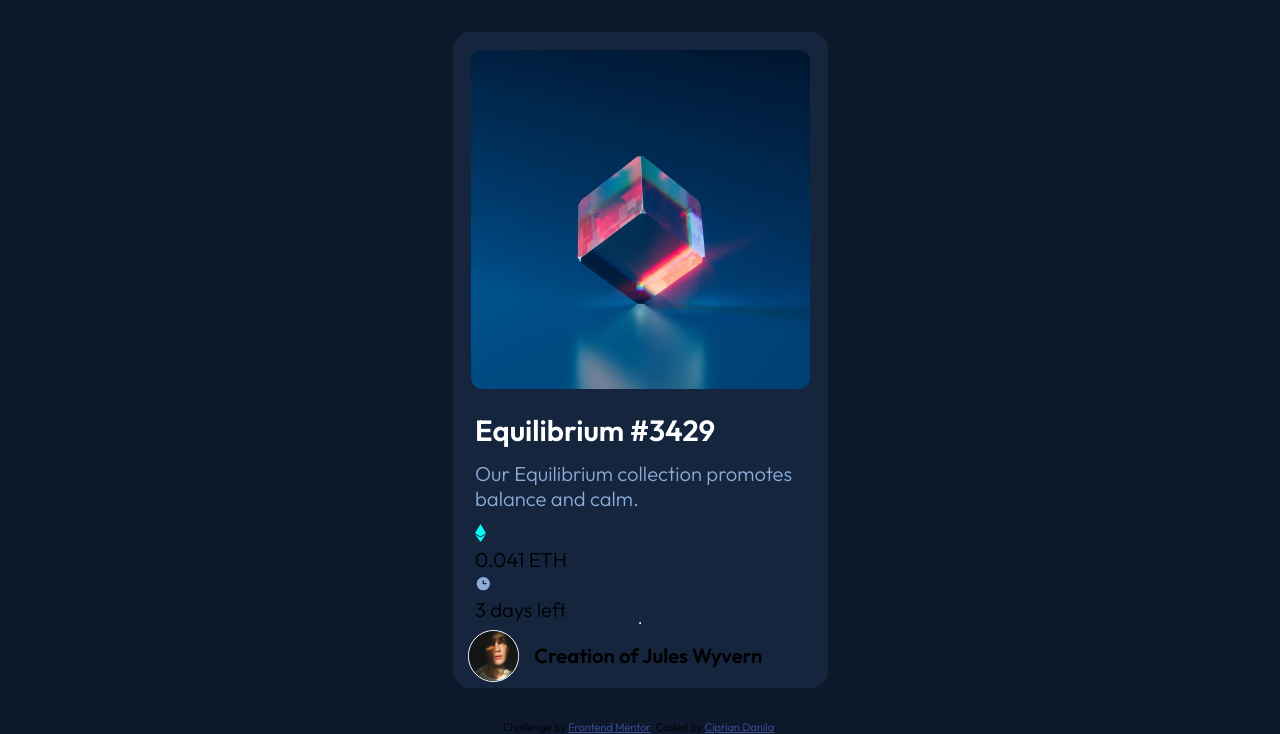
Repository: cipdanila/NFT-preview-card-component
Page: index.html
An editor plug-in stored every save of this project. The page is shown before and after the next save, followed by the edit.
The browser window is 1280 px wide. The pictures show the whole page.

Above is the page before, as saved 2024-01-31 16:31:59.

After the next save:
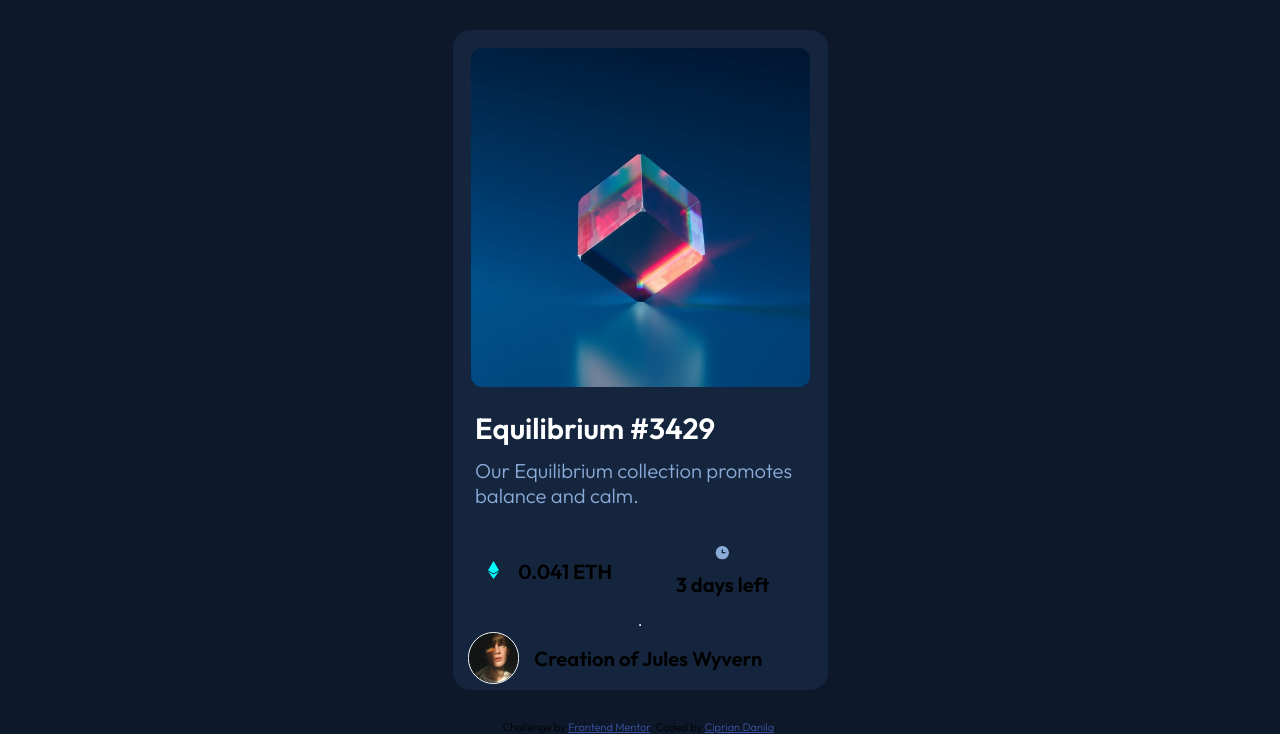
Saved 22 s later.
--- a/style.css
+++ b/style.css
@@ -72,7 +72,7 @@
     padding: 0.625rem 0;
 }
 
-.time {
+.price-time {
     width: 100%;
     display: flex;
     align-items: center;
@@ -80,18 +80,18 @@
     padding: 0.625rem 0;
 }
 
-.time > div {
+.price-time > div {
     width: 100%;
     margin: 10px;
     text-align: center;
 }
 
-.time img {
+.price-time img {
     padding: 0;
     width: fit-content;
 }
 
-.time p {
+.price-time p {
     display: inline-block;
     margin: 5px;
     padding: 1px 10px;
